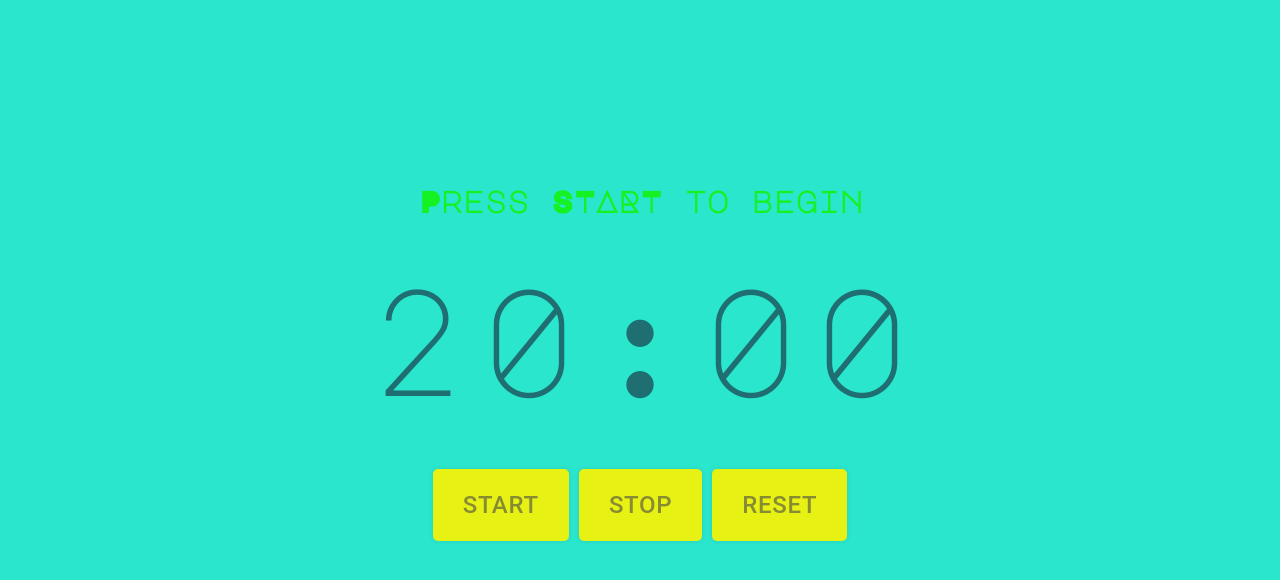
Repository: realistmccoy/pomodoro
Page: /
These files come from the project's save history. The page is drawn as it stood at one moment and after a run of saves; the edit follows.
The browser window is 1280 px wide. The pictures show the whole page.
The project was rebuilt for these pictures with package versions that can differ from the ones it lists, and the page was loaded fresh each time.

Above is the page before, as saved 2020-12-10 01:01:51.

### src/App.js
import React, { useState, useRef } from 'react';
import './App.css';
import { Button } from '@material-ui/core';

function padTime(time) {
	return time.toString().padStart(2, '0');
}

export default function App() {
	const [title, setTitle] = useState('Press START to begin');
	const [timeLeft, setTimeLeft] = useState(20 * 60);
	const intervalRef = useRef(null);

	function startTimer() {
		setTitle('FOCUS');
		intervalRef.current = setInterval(() => {
			setTimeLeft((timeLeft) => {
				if (timeLeft >= 1) return timeLeft - 1;

				return 0;
			});
		}, 1000);
	}

	function stopTimer() {
		setTitle('Get back to work');
		clearInterval(intervalRef.current);
		console.log(intervalRef.current);
	}

	function resetTimer() {
		clearInterval(intervalRef.current);
		setTitle('Ready to go another round?');
		setTimeLeft(20 * 60);
	}

	const minutes = padTime(Math.floor(timeLeft / 60));
	const seconds = padTime(timeLeft - minutes * 60);

	return (
		<div className='app'>
			<h2>{title}</h2>

			<div className='timer'>
				<span>{minutes}</span>
				<span>:</span>
				<span>{seconds}</span>
			</div>

			<div className='buttons'>
				<Button onClick={startTimer}>Start</Button>
				<Button onClick={stopTimer}>Stop</Button>
				<Button onClick={resetTimer}>Reset</Button>
			</div>
		</div>
	);
}

### src/App.css
@import url('https://fonts.googleapis.com/css2?family=Major+Mono+Display&display=swap');

* {
  box-sizing: border-box;
}

body {
  padding: 0;
  margin: 0;
  font-family: 'Major Mono Display', monospace;
  line-height: 1.5;
}

.app {
  min-height: 100vh;
  padding-left: 20px;
  padding-right: 20px;
  display: flex;
  flex-direction: column;
  align-items: center;
  justify-content: center;
  background: #2ae6cd;
  color: #2f9153;
}

h2 {
  color: #14f223;
  font-size: 30px;
  text-align: center;
  margin: 0;
}

.timer {
  color: #1f6e72;
  font-size: 150px;
  margin-bottom: 20px;
}

.buttons button {
  outline: none;
  border: none;
  font-size: 24px;
  background: #e7f214;
  color: #878b32;
  border-radius: 5px;
  box-shadow: 0 0 5px rgba(0, 0, 0, 0.1);
  padding: 15px 30px;
  cursor: pointer;
  transition: 0.3s ease all;
}

.buttons button:hover {
  border-radius: 10px;
  background: #f5f8ca;
  box-shadow: 0 0 10px rgba(0, 0, 0, 0.15);
  transform: translateY(-2px);
}

.buttons button:not(:last-child) {
  margin-right: 10px;
}

@media (max-width: 780px) {
  h2 {
    font-size: 22px;
  }

  .timer {
    font-size: 80px;
  }

  .buttons button {
    font-size: 18px;
  }
}

Loaded but not shown: public/index.html (common file); src/index.js (common file)

After the next 2 saves:
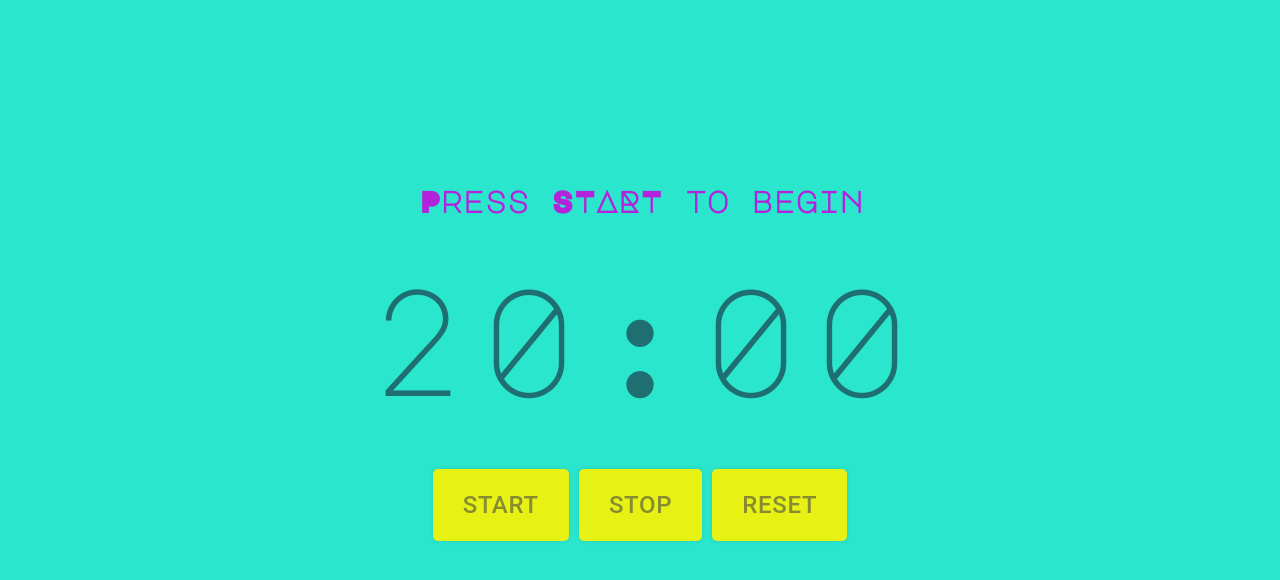
The 2 saves are shown as one change because they came seconds apart.
The last was saved 7 s later.
--- a/src/App.css
+++ b/src/App.css
@@ -24,7 +24,7 @@ body {
 }
 
 h2 {
-  color: #14f223;
+  color: #b423dc;
   font-size: 30px;
   text-align: center;
   margin: 0;
